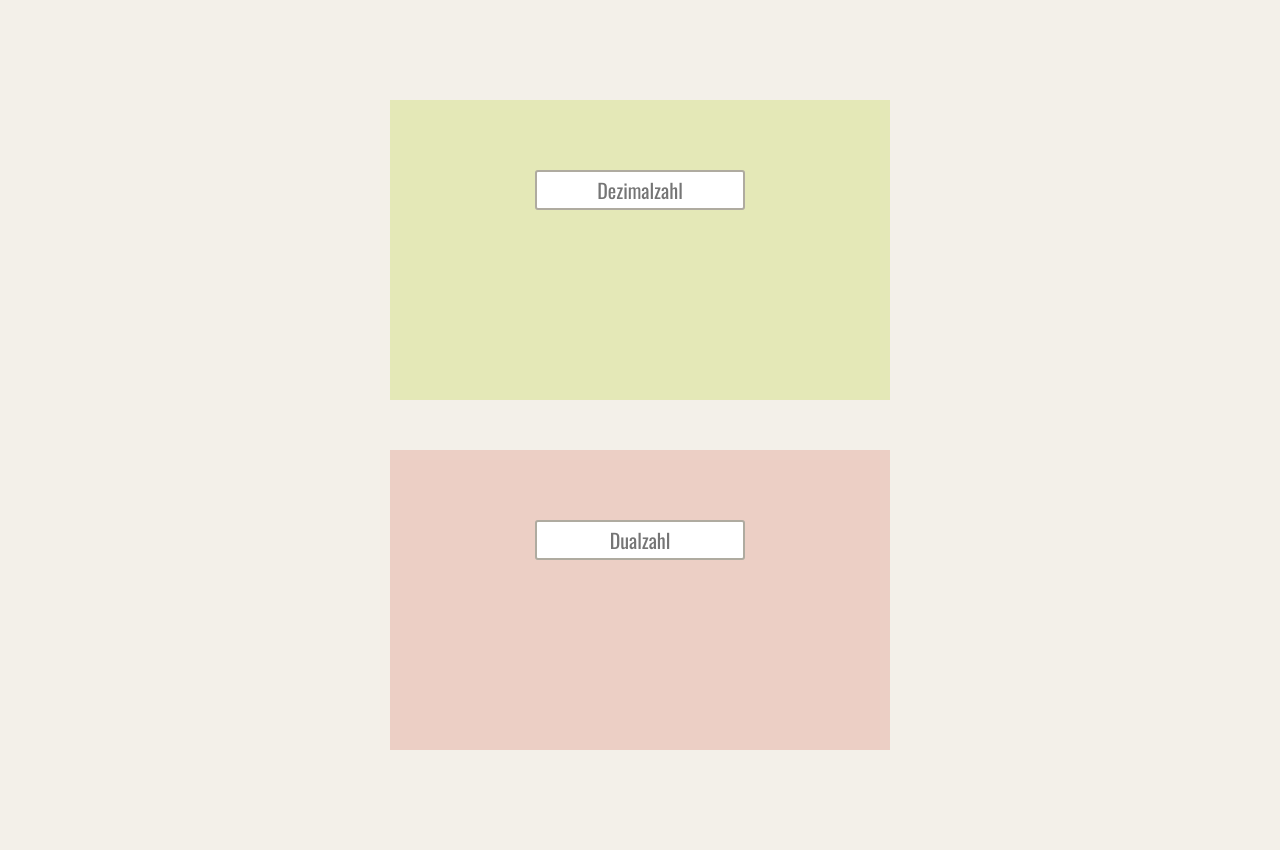
Repository: NadiaSchmitz/dual_dezimal.githab.io
Page: index.html
The author's editor kept a record of every edit. The page is drawn from the files as they stood at one moment, then again after the next edit.
The browser window is 1280 px wide. The pictures show the whole page.

Above is the page before.

After the next edit:
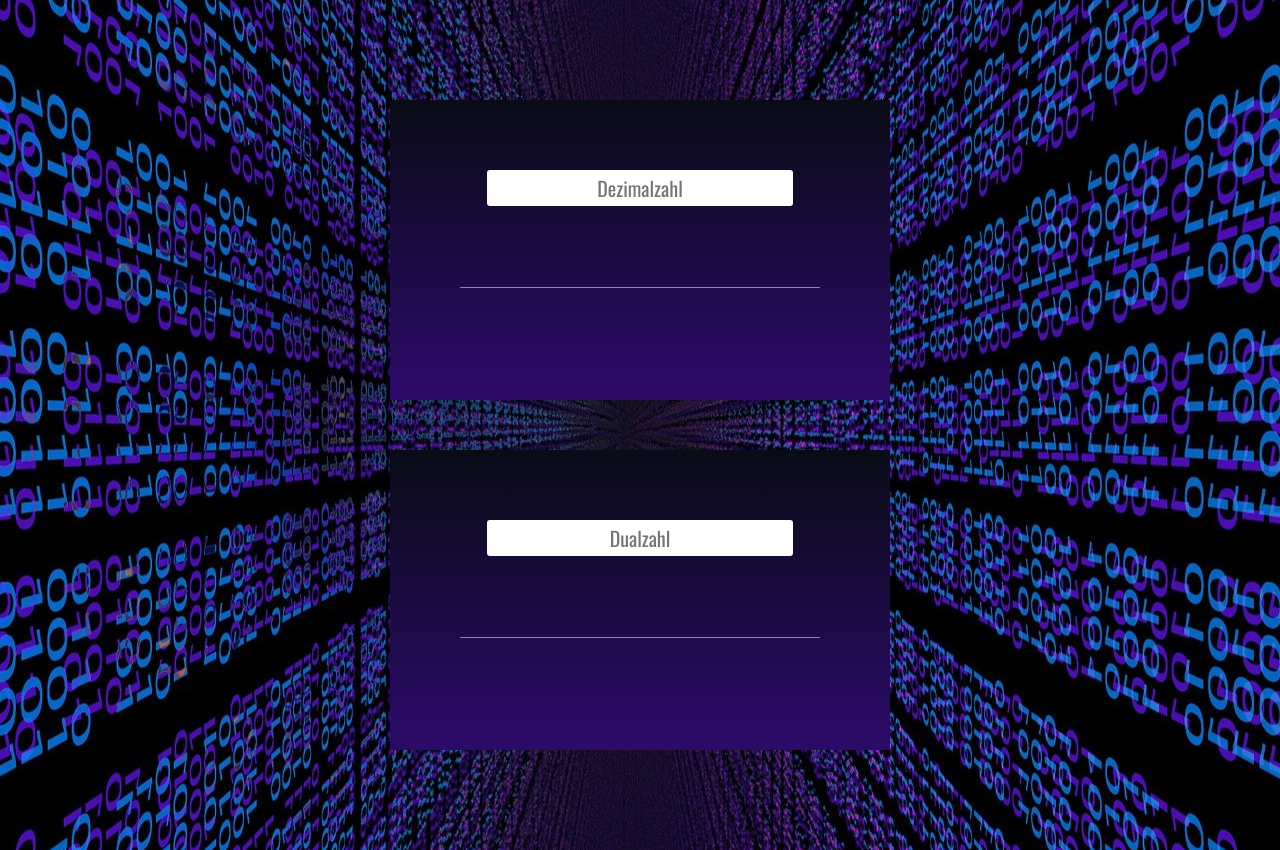
The edit:
--- a/index.html
+++ b/index.html
@@ -5,8 +5,9 @@
   <meta name="viewport" content="width=device-width, initial-scale=1">
   <meta charset="utf-8" />
   <title>Dual Dezimal</title>
-  <link rel="stylesheet" href="style.css" type="text/css" />
-  <link rel="icon" href="favicon.png" type="image/x-icon">
+  <link rel="stylesheet" href="./styles/style.css" type="text/css" />
+  <link rel="stylesheet" href="./styles/background.css" type="text/css" />
+  <link rel="shortcut icon" type="image/x-icon" href="favicon.png">
   <link rel="preconnect" href="https://fonts.googleapis.com">
   <link rel="preconnect" href="https://fonts.gstatic.com" crossorigin>
   <link href="https://fonts.googleapis.com/css2?family=Oswald&display=swap" rel="stylesheet">
